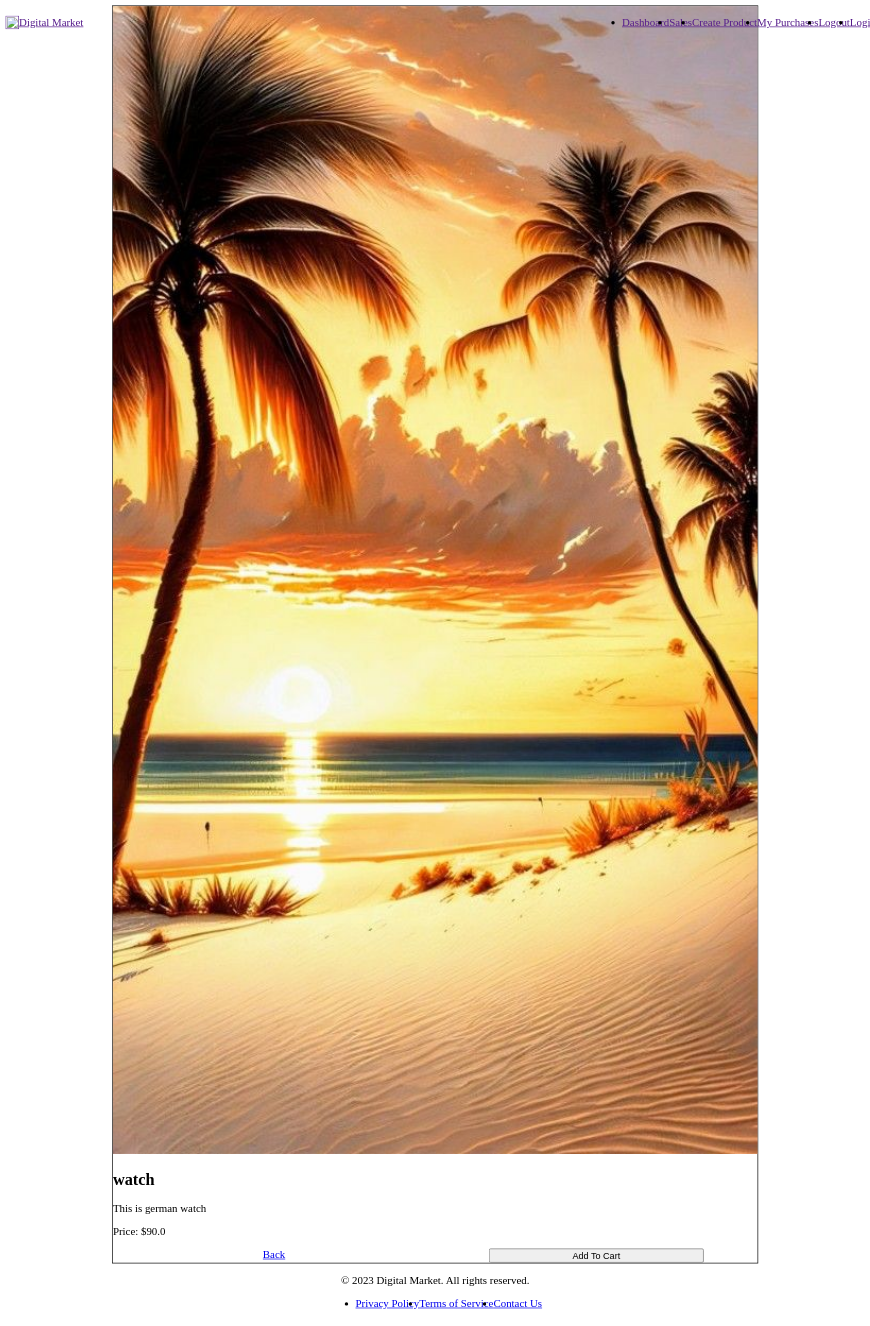
Repository: Zedestar/DigitalMarket_django
Page: http://localhost/product_details/5/
The author's editor kept a copy of each file at every save. The page is drawn from the files as they stood at one save, then again after the next save.
The browser window is 1280 px wide. The pictures show the whole page, at 68% of full size.
The page is served by the project's application, run on Django 5.2 (manage.py). Style sheets and scripts are compiled from the project's sources, by tool versions that may differ from the author's. The page reads the database file committed with the project.

Above is the page before, as saved 2025-03-19 21:22:08.

After the next save:
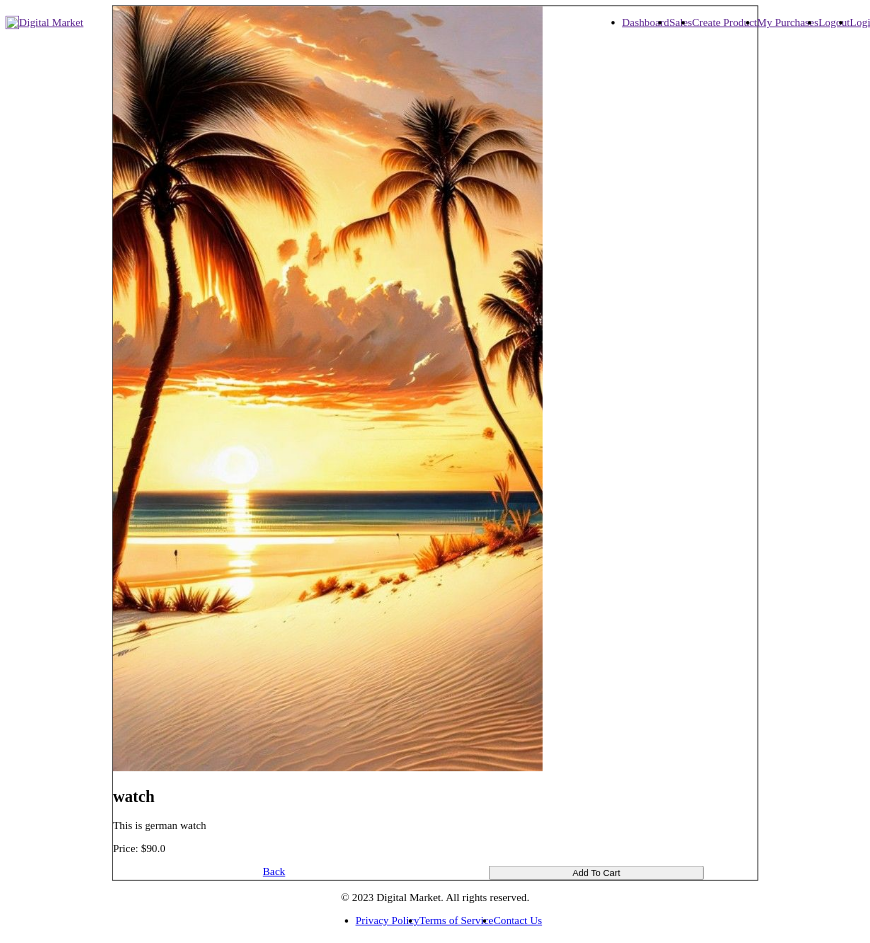
Saved 38 s later.
--- a/myapp/templates/myapp/product_details.html
+++ b/myapp/templates/myapp/product_details.html
@@ -6,7 +6,7 @@
             <div class="w-full h-62 bg-gray-100">
                 <img src="{{ product.photo.url }}"
                      alt="{{ product.name }}"
-                     class="w-full object-center">
+                     class="w-2/3 h- object-center">
             </div>
             <!-- Content Section -->
             <div class="px-5 py-2">
